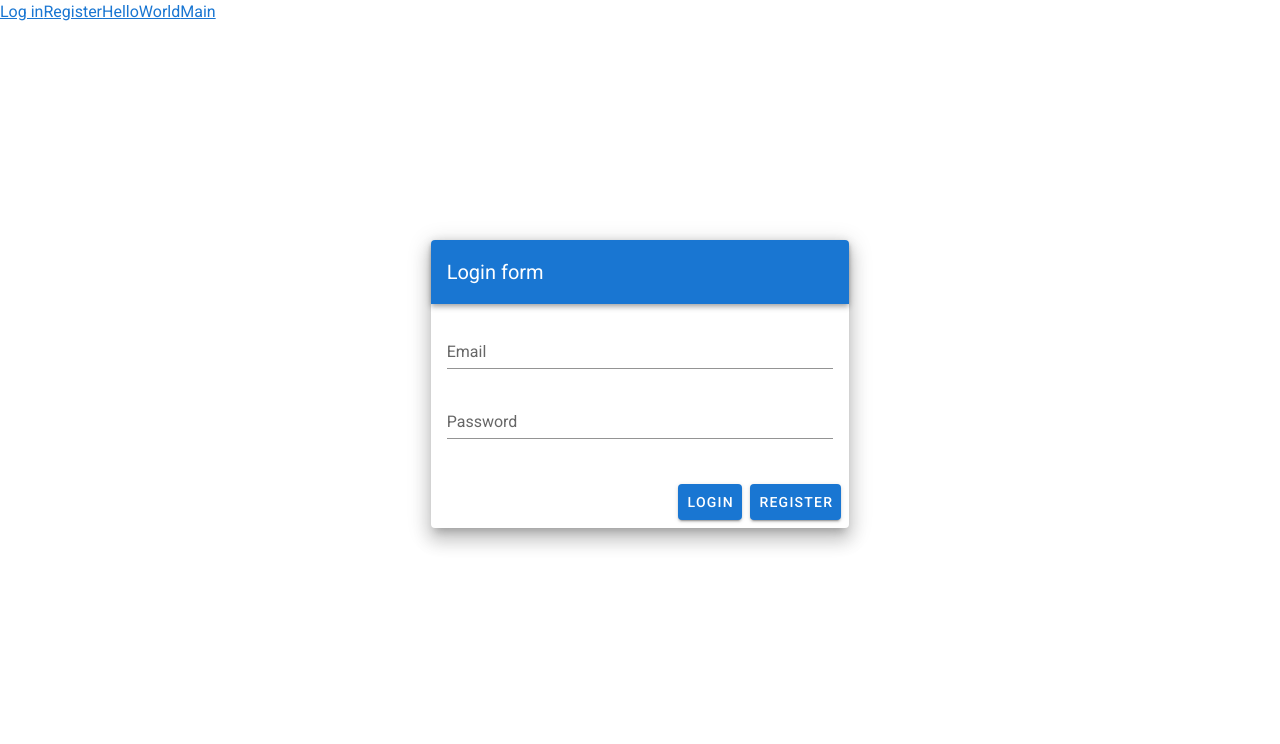
Repository: pao741/vue-todo
Page: /#/HelloWorld
These files come from the project's save history. The page is drawn as it stood at one moment and after the next save; the edit follows.
The browser window is 1280 px wide. The pictures show the whole page.
The project was rebuilt for these pictures with package versions that can differ from the ones it lists, and the page was loaded fresh each time. Also part of the build but not shown: vue.config.js, src/components/Main.vue, src/components/Register.vue, src/components/HelloWorld.vue.

Above is the page before, as saved 2021-02-08 19:34:00.

After the next save:
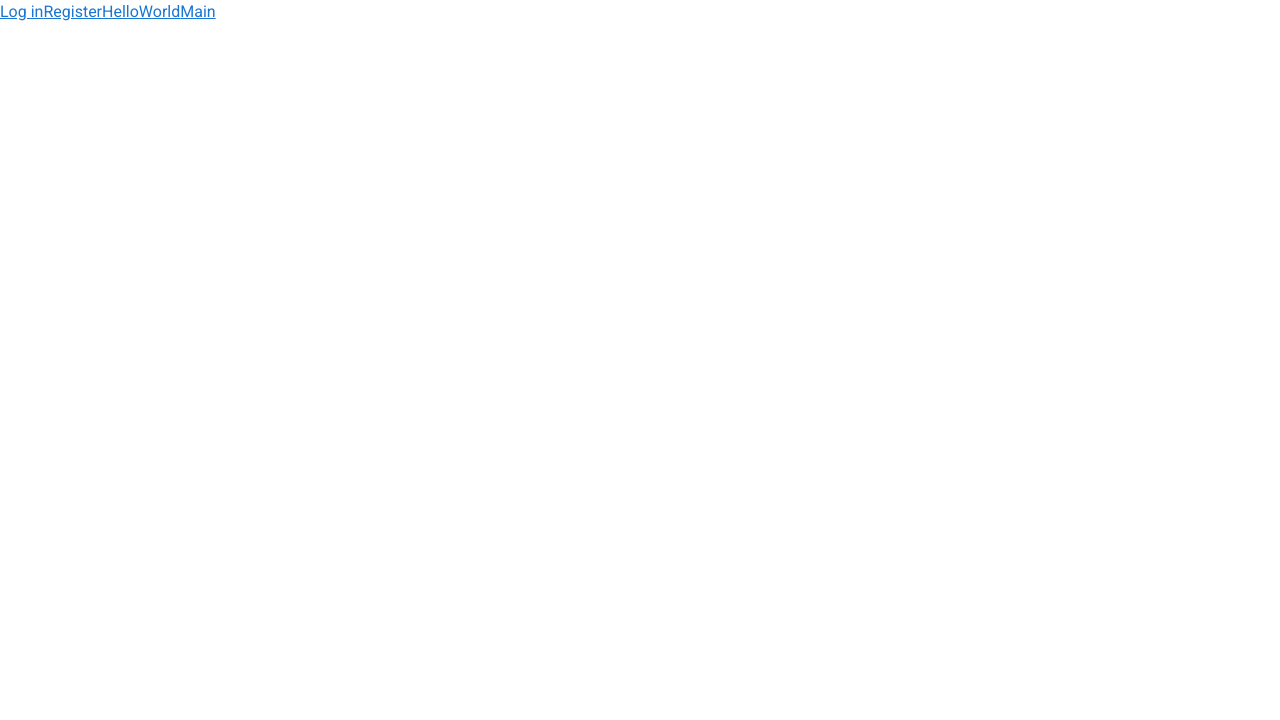
Saved 45 s later.
--- a/src/router/index.js
+++ b/src/router/index.js
@@ -47,26 +47,30 @@
 
 const beforeRouteEnter = (to, from, next) => {
   if (to.meta.authenticated) {
-    firebase.auth().onAuthStateChanged((firebaseUser) => {
-      console.log('state is changing');
-      if (firebaseUser) {
-        authenticated = true;
-        console.log('log in');
-        console.log(firebaseUser);
+    firebase
+      .auth()
+      .onAuthStateChanged((firebaseUser) => {
+        console.log('state is changing');
+        if (firebaseUser) {
+          authenticated = true;
+          console.log('log in');
+          console.log(firebaseUser);
 
-        // this.$store.dispatch(state);
-      } else {
-        authenticated = false;
-        console.log('not logged in');
+          // this.$store.dispatch(state);
+        } else {
+          authenticated = false;
+          console.log('not logged in');
 
-        // authenticated = false;
-      }
-    });
-    if (authenticated) {
-      next();
-    } else {
-      next({ name: 'Login' });
-    }
+          // authenticated = false;
+        }
+      })
+      .then(() => {
+        if (authenticated) {
+          next();
+        } else {
+          next({ name: 'Login' });
+        }
+      });
   } else {
     next();
   }

After the save that followed:
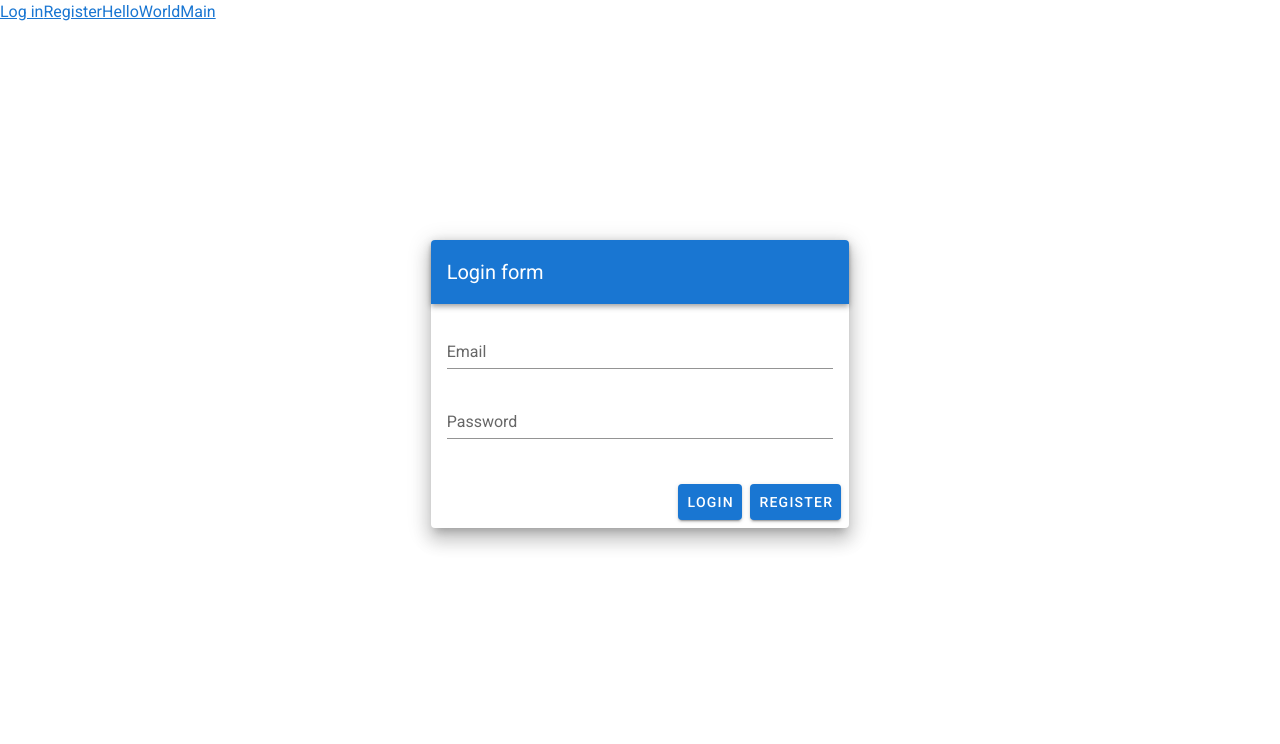
Saved 76 s later.
--- a/src/router/index.js
+++ b/src/router/index.js
@@ -45,32 +45,29 @@
   routes,
 });
 
+firebase.auth().onAuthStateChanged((firebaseUser) => {
+  console.log('state is changing');
+  if (firebaseUser) {
+    authenticated = true;
+    console.log('log in');
+    console.log(firebaseUser);
+
+    // this.$store.dispatch(state);
+  } else {
+    authenticated = false;
+    console.log('not logged in');
+
+    // authenticated = false;
+  }
+});
+
 const beforeRouteEnter = (to, from, next) => {
   if (to.meta.authenticated) {
-    firebase
-      .auth()
-      .onAuthStateChanged((firebaseUser) => {
-        console.log('state is changing');
-        if (firebaseUser) {
-          authenticated = true;
-          console.log('log in');
-          console.log(firebaseUser);
-
-          // this.$store.dispatch(state);
-        } else {
-          authenticated = false;
-          console.log('not logged in');
-
-          // authenticated = false;
-        }
-      })
-      .then(() => {
-        if (authenticated) {
-          next();
-        } else {
-          next({ name: 'Login' });
-        }
-      });
+    if (authenticated) {
+      next();
+    } else {
+      next({ name: 'Login' });
+    }
   } else {
     next();
   }
